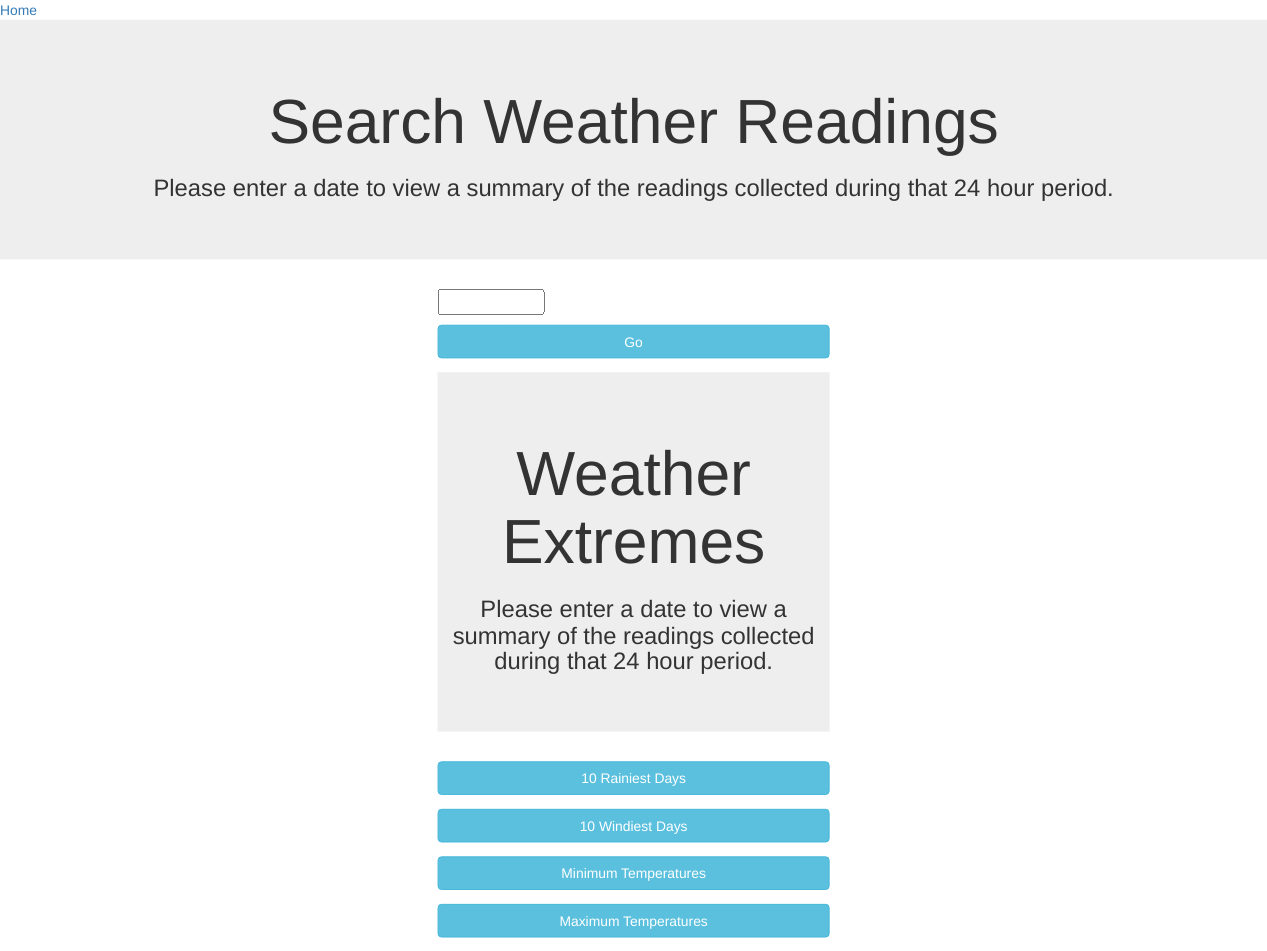
Repository: kralin27/ILC
Page: http://localhost/TESCWeather/WEB-INF/jsp/Search.jsp
The author's editor kept a copy of each file at every save. The page is drawn from the files as they stood at one save, then again after the next save.
The browser window is 1280 px wide. The pictures show the whole page, at 99% of full size.
The page is served by Tomcat 9. Nobody is signed in. The template is opened directly, without the code that normally fills it, so the values that code supplies are empty.

Above is the page before, as saved 2016-12-13 07:52:17.

After the next save:
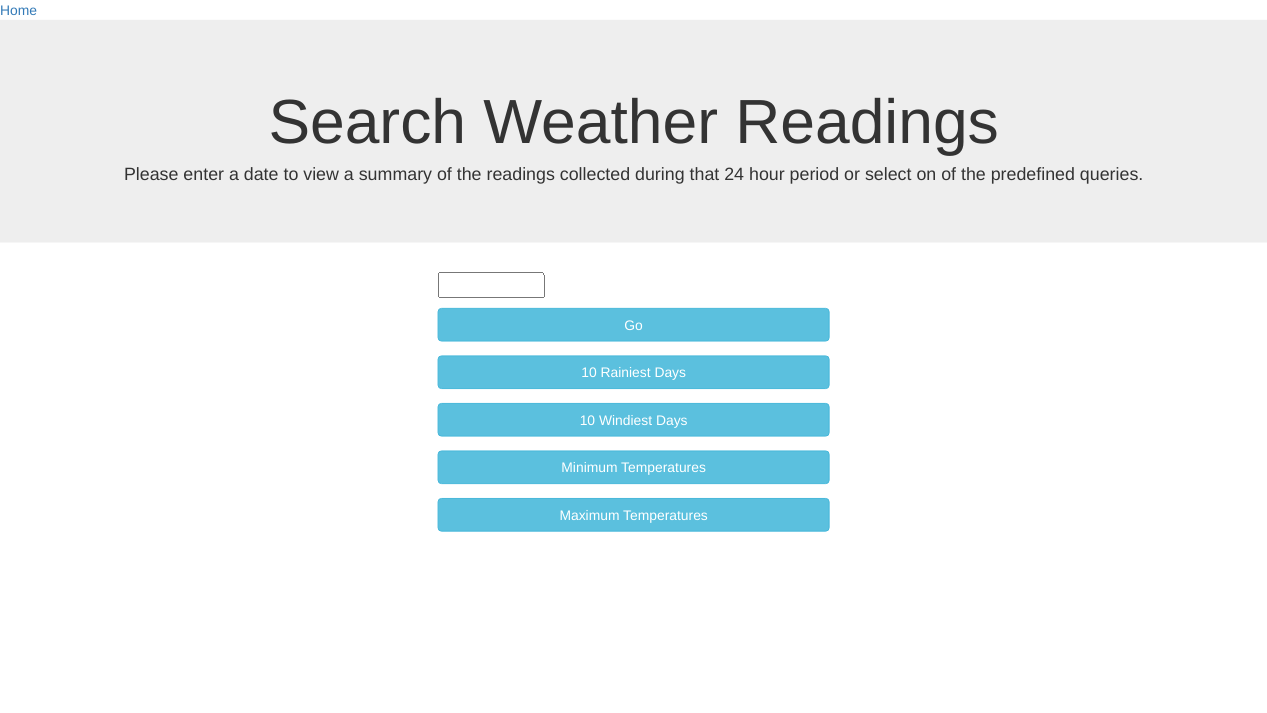
Saved 21 h 54 min later.
--- a/TESCWeather/src/main/webapp/WEB-INF/jsp/Search.jsp
+++ b/TESCWeather/src/main/webapp/WEB-INF/jsp/Search.jsp
@@ -17,43 +17,35 @@
 <div class="jumbotron">
 
                   <h1 align="center">Search Weather Readings</h2>
-                  <h3 align="center">Please enter a date to view a summary of the readings collected during that 24 hour period.</h3>
+                  <h4 align="center">Please enter a date to view a summary of the readings collected during that 24 hour period or select on of the predefined queries.</h3>
 </div>
 
 
 <div class="col-md-4 col-md-offset-4">
 	<form method="GET" action=" <spring:url value="/WeatherReadings/Date" />">
-		<p text-alignment="center">
-		<input type="text" name="date" size="10" >
+		<p>
+			<input type="text" name="date" size="10" >
 		</p>
 		<p>
 		<button type="submit" class="btn btn-large btn-block btn-info"> Go</button>
 	</form>
 
-	<div class="jumbotron">
-
-                  <h1 align="center">Weather Extremes</h2>
-                  <h3 align="center">Please enter a date to view a summary of the readings collected during that 24 hour period.</h3>
-</div>
-
 	<form method="GET" action=" <spring:url value="/WeatherReadings/Measure/Rain" />">
 		<input type="submit" class="btn btn-large btn-block btn-info" value="10 Rainiest Days">
-	</form>
+	</form><p>
 
 	<form method="GET" action=" <spring:url value="/WeatherReadings/Measure/Wind" />">
 		<input type="submit" class="btn btn-large btn-block btn-info" value="10 Windiest Days">
-	</form>
+	</form><p>
 
 	<form method="GET" action=" <spring:url value="/WeatherReadings/Measure/TempMin" />">
 		<input type="submit" class="btn btn-large btn-block btn-info"value="Minimum Temperatures">
-	</form>
+	</form><p>
 
 	<form method="GET" action=" <spring:url value="/WeatherReadings/Measure/TempMax" />">
 		<input type="submit" class="btn btn-large btn-block btn-info" value="Maximum Temperatures">
-	</form>
+	</form><p>
 
 </div>
-
-
 </body>
 </html>
